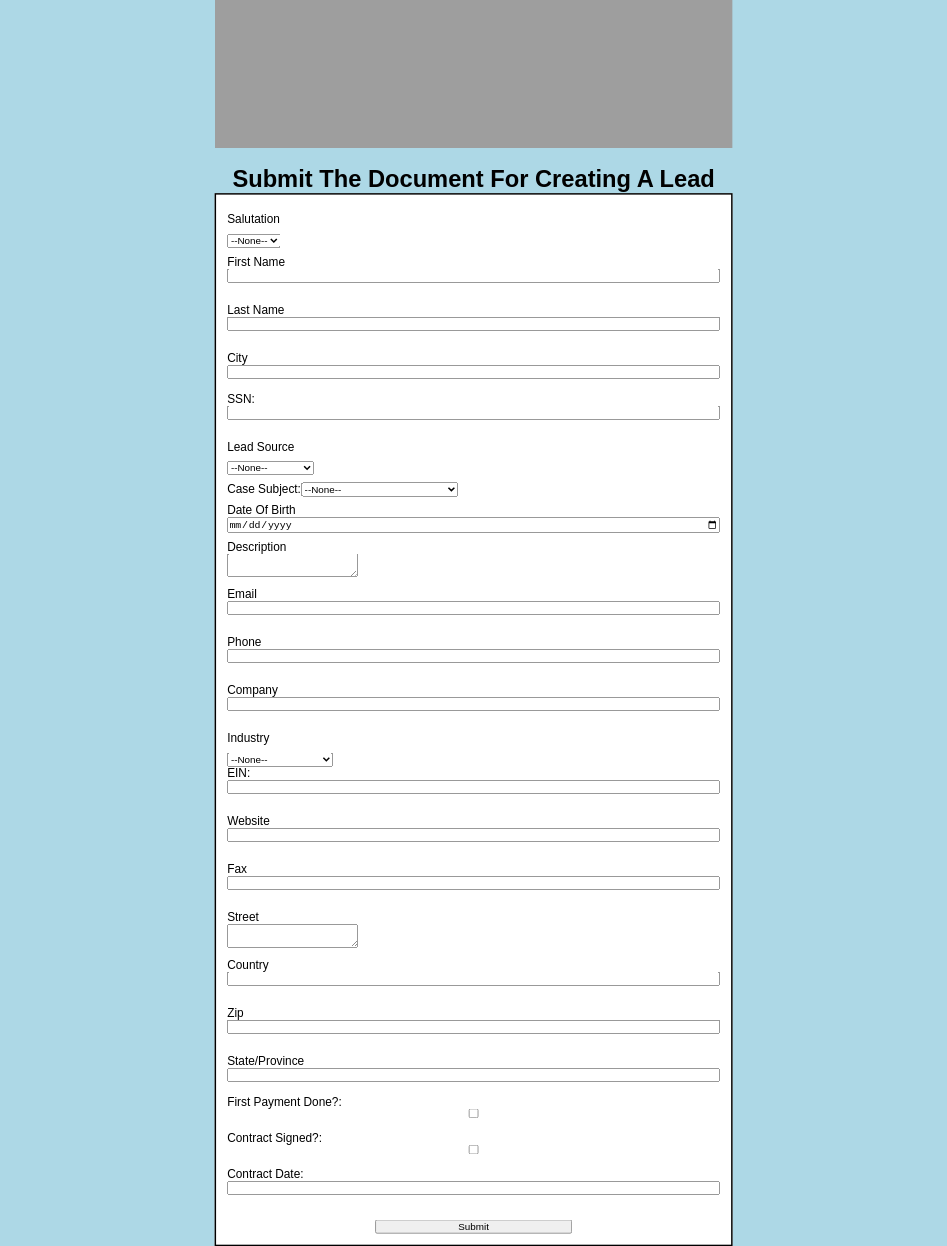
Repository: yaseminvural99/changeForce
Page: index.html
The author's editor kept a copy of each file at every save. The page is drawn from the files as they stood at one save, then again after the next save.
The browser window is 1280 px wide. The pictures show the whole page, at 74% of full size.
Pictures or frames that could not be fetched are drawn as grey boxes.

Above is the page before, as saved 2024-04-27 17:27:07.

After the next save:
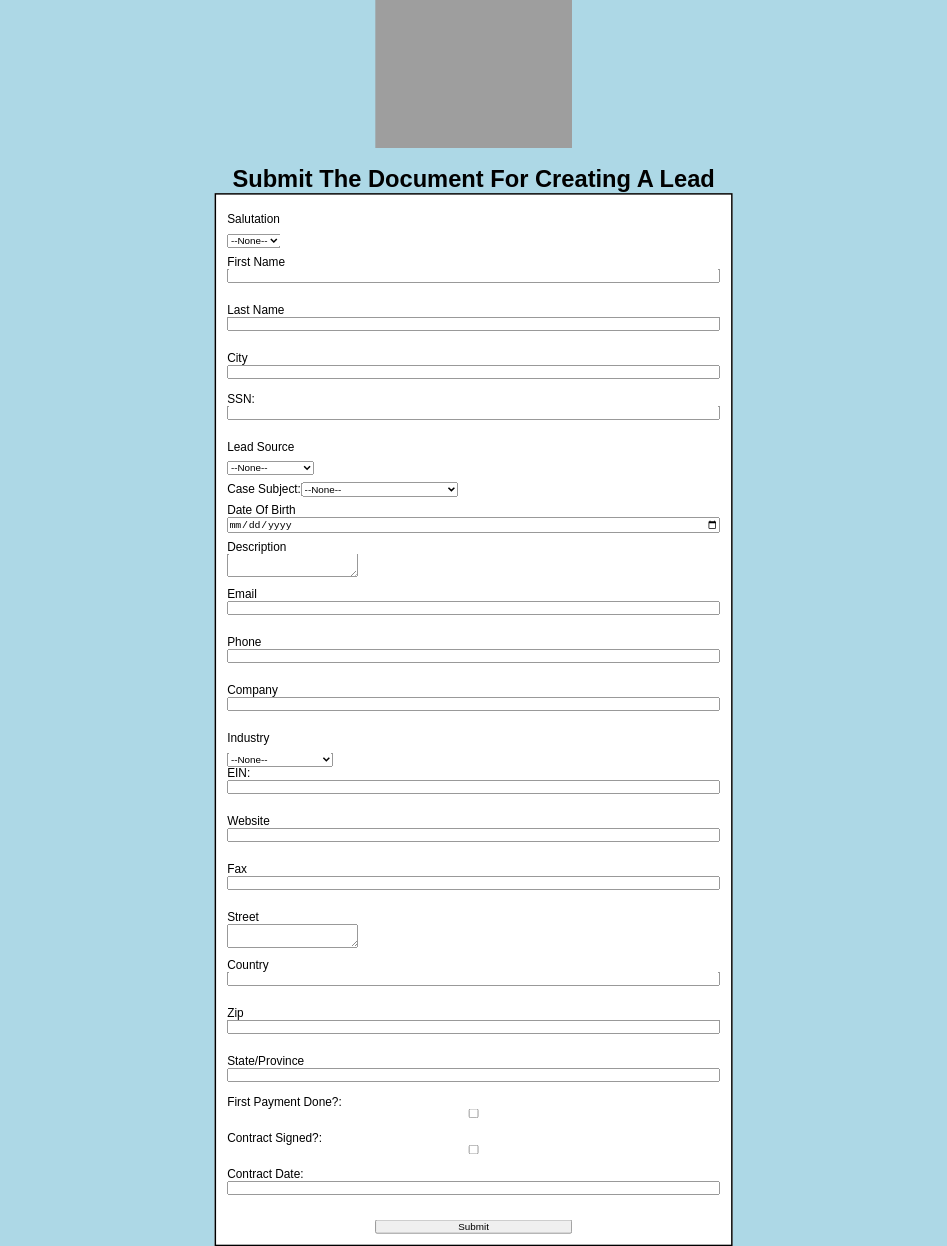
Saved 6 s later.
--- a/style.css
+++ b/style.css
@@ -52,5 +52,5 @@
 .banner img {
     width: 700px;
     height:200px;
-    object-fit:;
+    object-fit:contain;
 }

After the 6 saves that followed:
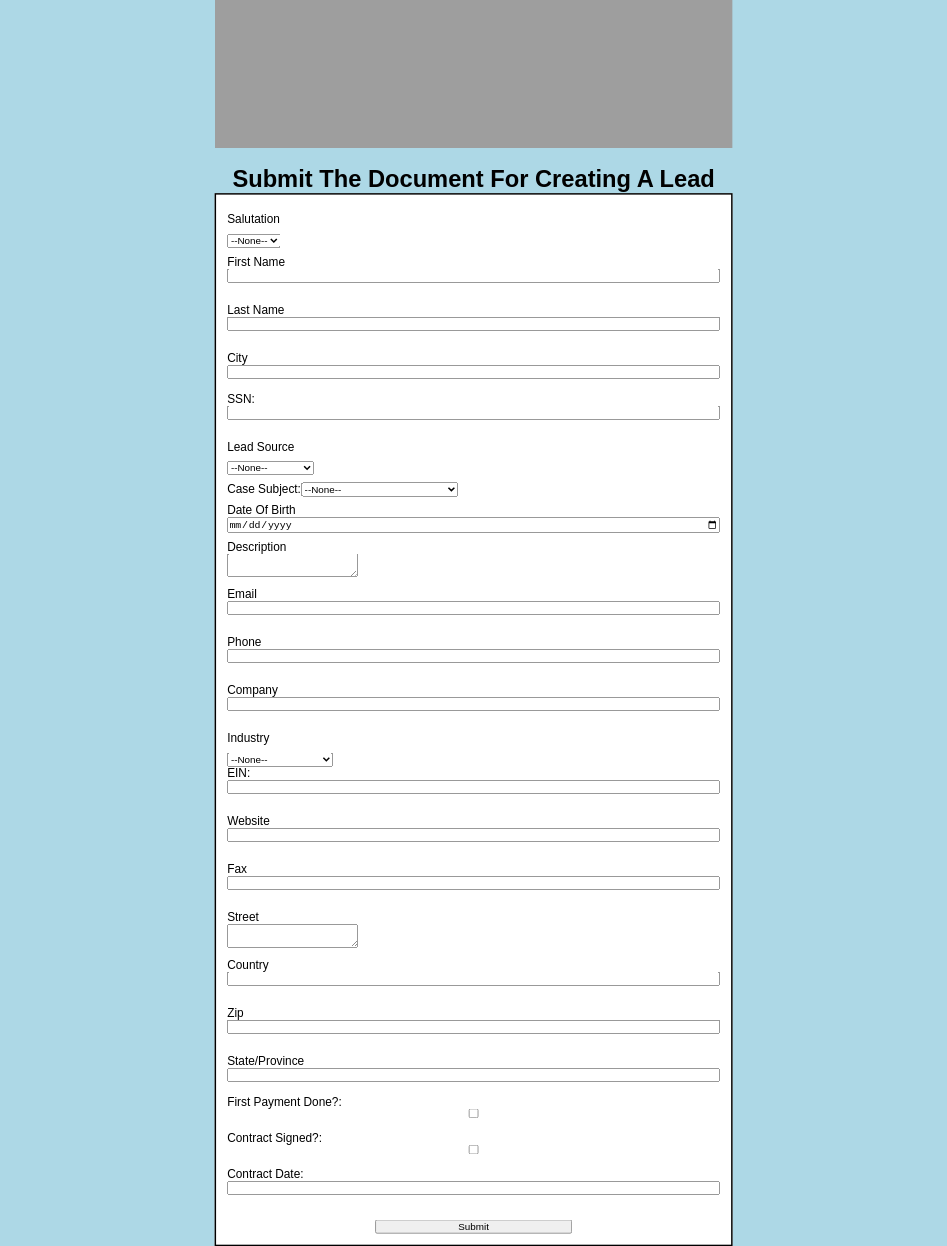
The 6 saves are shown as one change because 1 left the picture as it was and some came seconds apart.
The last was saved 19 s later.
--- a/style.css
+++ b/style.css
@@ -52,5 +52,5 @@
 .banner img {
     width: 700px;
     height:200px;
-    object-fit:contain;
+    object-fit:initial;
 }
